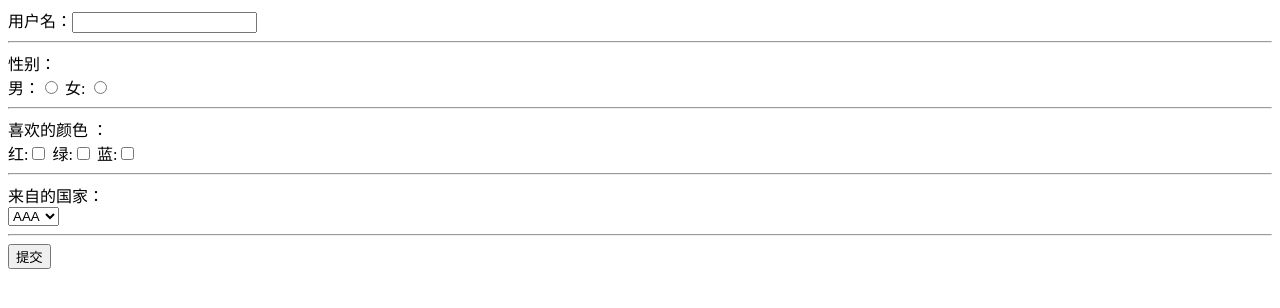
Repository: frankstar007/java
Page: http://localhost/CommentBoard/form.jsp
An editor plug-in stored every save of this project. The page is shown before and after the next save, followed by the edit.
The browser window is 1280 px wide. The pictures show the whole page.
The page is served by Tomcat 9. Other server files are loaded and not shown.

Above is the page before, as saved 2016-05-16 01:10:48.

### CommentBoard/WebContent/form.jsp
<%@ page language="java" contentType="text/html; charset=UTF-8"
    pageEncoding="UTF-8"%>
<!DOCTYPE html PUBLIC "-//W3C//DTD HTML 4.01 Transitional//EN" "http://www.w3.org/TR/html4/loose.dtd">
<html>
<head>
<meta http-equiv="Content-Type" content="text/html; charset=UTF-8">
<title>表单测试</title>
</head>
<body>
<form id="form1" method="post" action="request1.jsp">
		用户名：<input type="text" name="name"> <hr>
		性别：<br>
		男：<input type="radio" name="gender" value="男">
		 女:	<input type="radio" name="gender" value="女">
		 	<hr>
		 喜欢的颜色 ：<br>
		 红:<input type="checkbox" name="color" value="红色">
		 绿:<input type="checkbox" name="color" value="绿色">
		 蓝:<input type="checkbox" name="color" value="蓝色">
		 <hr>
		 来自的国家：<br/>
		 <select name="country">
		 	<option value="AA">AAA</option>
		 	<option value="BB">BBB</option>
		 	<option value="CC">CCC</option>
		 </select><hr>
		 <input type="submit" value="提交"

	</form>
</body>
</html>

After the next save:
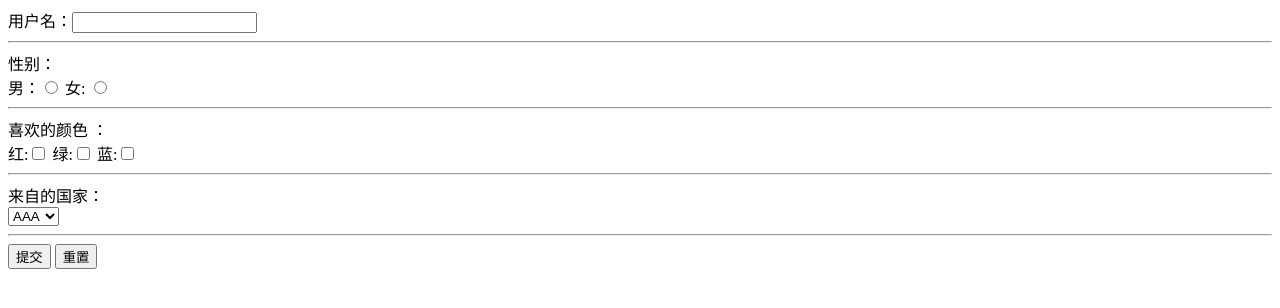
Saved 34 s later.
--- a/CommentBoard/WebContent/form.jsp
+++ b/CommentBoard/WebContent/form.jsp
@@ -24,7 +24,8 @@
 		 	<option value="BB">BBB</option>
 		 	<option value="CC">CCC</option>
 		 </select><hr>
-		 <input type="submit" value="提交"
+		 <input type="submit" value="提交">
+		 <input type="reset" value="重置">
 
 	</form>
 </body>
